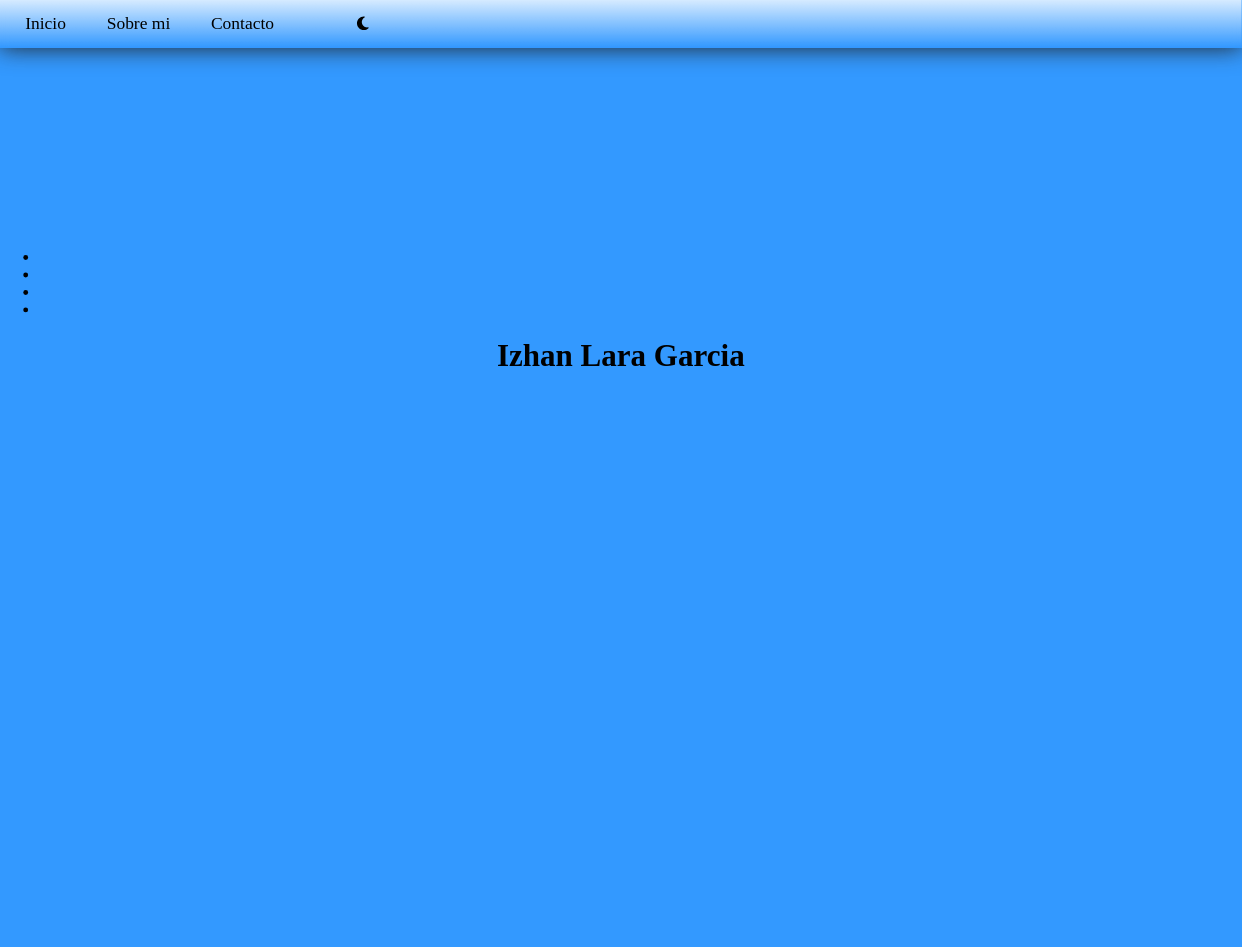
Repository: izhanlaraagarcia/izhanlaraagarcia.github.io
Page: / (app in vite-project/)
These files come from the project's save history. The page is drawn as it stood at one moment and after the next save; the edit follows.
The browser window is 1280 px wide. The pictures show the whole page, at 97% of full size.
The project was rebuilt for these pictures with package versions that can differ from the ones it lists, and the page was loaded fresh each time. Also part of the build but not shown: vite-project/vite.config.js, vite-project/src/pages/About/styles/about.scss, vite-project/src/pages/About/about.jsx, vite-project/src/pages/Contact/contact.jsx.

Above is the page before, as saved 2024-08-19 12:29:53.

### vite-project/index.html
<!doctype html>
<html lang="en">
  <head>
    <meta charset="UTF-8" />
    <meta name="viewport" content="width=device-width, initial-scale=1.0" />
    <title>Izhan Lara Garcia</title>
  </head>
  <body>
    <div id="root"></div>
    <script type="module" src="/src/main.jsx"></script>
  </body>
</html>

### vite-project/src/App.jsx
import React from "react";
import { BrowserRouter as Router, Route, Routes } from "react-router-dom";
import Menu from "./Componentes-Generales/menu.jsx";
import Inicio from "./Home/Inicio.jsx";
import About from "./pages/About/about.jsx";
import Contact from "./pages/Contact/contact.jsx";
import { ThemeProvider } from "./Constants/themaContext.jsx";

import { library } from "@fortawesome/fontawesome-svg-core";
import { fas } from "@fortawesome/free-solid-svg-icons";

library.add(fas);

class App extends React.Component {
  render() {
    return (
      <ThemeProvider>
        <Router>
          <Menu />
          <Routes>
            <Route path="/" element={<Inicio />} />
            <Route path="/sobre-mi" element={<About />} />
            <Route path="/contacto" element={<Contact />} />
          </Routes>
        </Router>
      </ThemeProvider>
    );
  }
}

export default App;

### vite-project/src/index.css
/* :root {
  font-family: Inter, system-ui, Avenir, Helvetica, Arial, sans-serif;
  line-height: 1.5;
  font-weight: 400;

  color-scheme: light dark;
  color: rgba(255, 255, 255, 0.87);
  background-color: #242424;

  font-synthesis: none;
  text-rendering: optimizeLegibility;
  -webkit-font-smoothing: antialiased;
  -moz-osx-font-smoothing: grayscale;
}

a {
  font-weight: 500;
  color: #646cff;
  text-decoration: inherit;
}

a:hover {
  color: #535bf2;
}



h1 {
  font-size: 3.2em;
  line-height: 1.1;
}

button {
  border-radius: 8px;
  border: 1px solid transparent;
  padding: 0.6em 1.2em;
  font-size: 1em;
  font-weight: 500;
  font-family: inherit;
  background-color: #1a1a1a;
  cursor: pointer;
  transition: border-color 0.25s;
}

button:hover {
  border-color: #646cff;
}

button:focus,
button:focus-visible {
  outline: 4px auto -webkit-focus-ring-color;
}

@media (prefers-color-scheme: light) {
  :root {
    color: #213547;
    background-color: #ffffff;
  }

  a:hover {
    color: #747bff;
  }

  button {
    background-color: #f9f9f9;
  }
} */

body {
  right: 0;
  margin: 0%;
  width: 100%;
  margin-top: 20%;
  text-align: center;
  min-width: 320px;
  min-height: 100vh;

}

button {
  border-radius: 8px;
  border: 1px solid transparent;
  padding: 0.6em 1.2em;
  font-size: 1em;
  font-weight: 500;
  font-family: inherit;
  background-color: #1a1a1a;
  cursor: pointer;
  transition: border-color 0.25s;
}

### vite-project/src/Componentes-Generales/menu.jsx
import React from "react";
import { Link } from "react-router-dom";
import "./styles/menu.scss";
import TemaComponent from "./thema";
import { useTheme } from "../Constants/themaContext";

// import { LANGUAGES } from "../Constants/lenguaje";

const Menu = () => {
  const { dark } = useTheme();
  return (
    <header>
      <nav className={`menu ${dark ? 'dark-mode' : 'light-mode'}`}>
        <ul>
          <li>
            <Link to="/">Inicio</Link>
            <i className="fas fa-address-card" aria-hidden="true"></i>
          </li>
          <li>
            <Link to="/sobre-mi">Sobre mi</Link>
          </li>
          <li>
            <Link to="/contacto">Contacto</Link>
          </li>
          <li>
            <TemaComponent />
          </li>
        </ul>
      </nav>
    </header>
  );
};

export default Menu;

### vite-project/src/Home/Inicio.jsx
import React from "react";
import "./Styles/estilos.scss";
import Background from "../Componentes-Generales/background";

import SocialMedia from "../Componentes-Generales/social"

const Inicio = () => {
  return (
    <div className="portfolio">
      <header>
        <h1>Izhan Lara Garcia</h1>
      </header>
      <div className="social-media-container">
        <SocialMedia/>
      </div>
      <Background/>
    </div>
  );
};

export default Inicio;

### vite-project/src/Constants/themaContext.jsx
import React, { createContext, useState, useContext } from "react";

const ThemeContext = createContext();

export const useTheme = () => useContext(ThemeContext);

export const ThemeProvider = ({ children }) => {
  const [dark, setDark] = useState(false);

  const toggleTheme = () => {
    setDark((prevDark) => !prevDark);
  };

  return (
    <ThemeContext.Provider value={{ dark, toggleTheme }}>
      {children}
    </ThemeContext.Provider>
  );
};

### vite-project/src/Componentes-Generales/styles/menu.scss
/* src/Componentes-Generales/styles/menu.css */

nav {
  top: 0;
  right: 0;
  margin: 0;
  padding: 0;
  position: fixed;
  width: 100%;
  background: linear-gradient(to bottom, rgba(255, 255, 255, 0.8), rgba(255, 255, 255, 0)) no-repeat;
  backdrop-filter: blur(5px);
  box-shadow: 0px 0px 25px #222;
  z-index: 10;

}

nav ul {
  list-style-type: none;
  padding: 0;
  margin: 0;
  display: flex;
  align-items: center;
}

nav li {
  margin-left: 10px;
}

nav a {
  display: flex;
  align-items: center;
  text-align: center;
  padding: 14px 16px;
  text-decoration: none;
  font-size: 18px;
  color: inherit;
  position: relative;
  overflow: hidden;
  transition: color 0.3s;
}

nav a:hover {
  color: #00aaff;
}

.fa-icon {
  margin-left: 8px;
}

.light-mode {
  color: black;
}

.dark-mode {
  color: white;
}

body {
  transition: background-color 0.5s, color 0.5s;
}

#tema {
  margin-left: 10px;
}

### vite-project/src/Componentes-Generales/thema.jsx
// TemaComponent.jsx
import React from "react";
import { FontAwesomeIcon } from "@fortawesome/react-fontawesome";
import { faSun, faMoon } from "@fortawesome/free-solid-svg-icons";
import { useTheme } from "../Constants/themaContext"; // Asegúrate de importar correctamente

const TemaComponent = () => {
  const { dark, toggleTheme } = useTheme();

  const handleClick = () => {
    toggleTheme();
    if (dark) {
      document.body.style.backgroundColor = "white";
      document.body.classList.remove("dark-mode");
      document.body.classList.add("light-mode");
    } else {
      document.body.style.backgroundColor = "black";
      document.body.classList.remove("light-mode");
      document.body.classList.add("dark-mode");
    }
  };

  return (
    <button
      id="tema"
      style={{
        cursor: "pointer",
        background: "none",
        border: "none",
        outline: "none",
        marginLeft: "80%",
      }}
      onClick={handleClick}
      aria-label={dark ? "Cambiar al modo claro" : "Cambiar al modo oscuro"}
    >
      <FontAwesomeIcon
        icon={dark ? faSun : faMoon}
        style={{ color: dark ? "white" : "inherit" }}
      />
    </button>
  );
};

export default TemaComponent;

### vite-project/src/Home/Styles/estilos.scss
h1 {
  text-align: center;
}

h1 {
  position: absolute;
  top: 48%;
  left: 50%;
  transform: translate(-50%, -50%);
  text-align: center;
}

### vite-project/src/Componentes-Generales/background.jsx
import React from "react";
import "./styles/background.scss";

class Background extends React.Component {
  render() {
    return (
      <div></div>
    );
  }
}

export default Background;

### vite-project/src/Componentes-Generales/social.jsx
import React from 'react';

import "./styles/timelinecss.scss"

const SocialMedia = () => {
  return (
    <div className="social-media-container">
      <ul>
        <li>
          <a href="https://www.linkedin.com/in/izhan-lara-garcia/" target="_blank" rel="noopener noreferrer">
            <i className="fab fa-linkedin-in" />
          </a>
        </li>
        <li>
          <a href="https://github.com/izhanlg" target="_blank" rel="noopener noreferrer">
            <i className="fab fa-github" />
          </a>
        </li>
        <li>
          <a href="https://twitter.com/izhanlg" target="_blank" rel="noopener noreferrer">
            <i className="fab fa-twitter" />
          </a>
        </li>
        <li>
          <a href="https://www.instagram.com/izhanlg/" target="_blank" rel="noopener noreferrer">
            <i className="fab fa-instagram" />
          </a>
        </li>
        {/* Agrega más redes sociales aquí */}
      </ul>
    </div>
  );
};

export default SocialMedia;

### vite-project/src/Componentes-Generales/styles/background.scss
body{
  background: #3399ff;
}


.circle{
  position: absolute;
  border-radius: 50%;
  background: white;
  animation: ripple 15s infinite;
  box-shadow: 0px 0px 1px 0px #508fb9;
}

.small{
  width: 200px;
  height: 200px;
  left: -100px;
  bottom: -100px;
}

.medium{
  width: 400px;
  height: 400px;
  left: -200px;
  bottom: -200px;
}

.large{
  width: 600px;
  height: 600px;
  left: -300px;
  bottom: -300px;
}

.xlarge{
  width: 800px;
  height: 800px;
  left: -400px;
  bottom: -400px;
}

.xxlarge{
  width: 1000px;
  height: 1000px;
  left: -500px;
  bottom: -500px;
}

.shade1{
  opacity: 0.2;
}
.shade2{
  opacity: 0.5;
}

.shade3{
  opacity: 0.7;
}

.shade4{
  opacity: 0.8;
}

.shade5{
  opacity: 0.9;
}

@keyframes ripple{
  0%{
    transform: scale(0.8);
  }

  50%{
    transform: scale(1.2);
  }

  100%{
    transform: scale(0.8);
  }
}

### vite-project/src/Componentes-Generales/styles/timelinecss.scss
.social-media-container{
    margin-top: 20%;
}

Loaded but not shown: vite-project/src/main.jsx (common file)

After the next save:
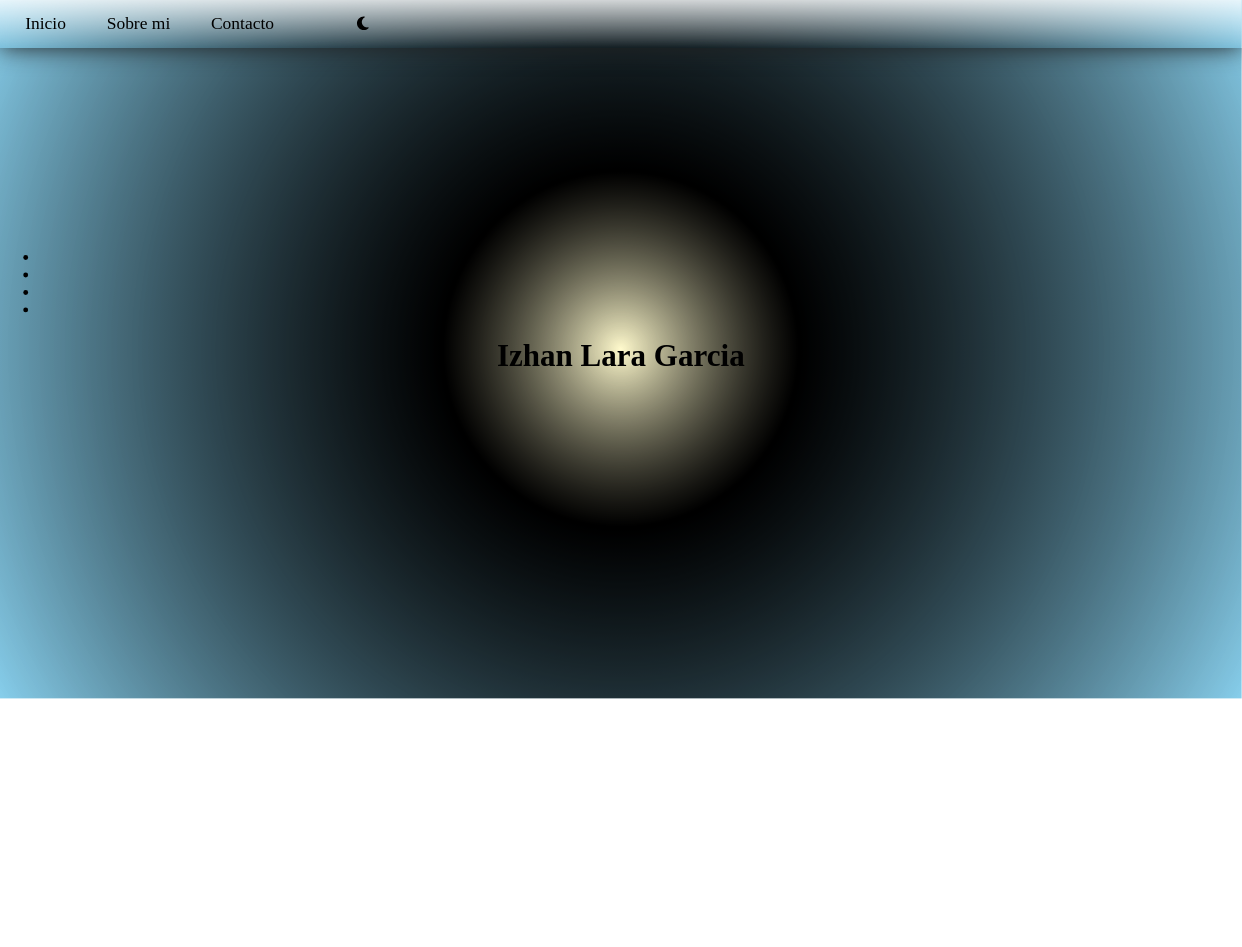
Saved 35 s later.
--- a/vite-project/src/Componentes-Generales/styles/background.scss
+++ b/vite-project/src/Componentes-Generales/styles/background.scss
@@ -1,80 +1,20 @@
-body{
-  background: #3399ff;
+html, body { height: 100%; }
+
+body {
+    background: radial-gradient(circle, lemonchiffon, black 25%, skyblue);
+    background-repeat: no-repeat;
 }
 
-
-.circle{
-  position: absolute;
-  border-radius: 50%;
-  background: white;
-  animation: ripple 15s infinite;
-  box-shadow: 0px 0px 1px 0px #508fb9;
+body:after {
+    content: '';
+    position: absolute;
+    top: 0; right: 0; left: 0; bottom: 0;
+    background: radial-gradient(circle, transparent, black 25%, transparent);
+    animation: color 1.5s infinite ease-out alternate;
+    opacity: 0;
 }
 
-.small{
-  width: 200px;
-  height: 200px;
-  left: -100px;
-  bottom: -100px;
+@keyframes color {
+    0% {  background: radial-gradient(circle, transparent, black 25%, transparent); }
+    100% { opacity: 1; }
 }
-
-.medium{
-  width: 400px;
-  height: 400px;
-  left: -200px;
-  bottom: -200px;
-}
-
-.large{
-  width: 600px;
-  height: 600px;
-  left: -300px;
-  bottom: -300px;
-}
-
-.xlarge{
-  width: 800px;
-  height: 800px;
-  left: -400px;
-  bottom: -400px;
-}
-
-.xxlarge{
-  width: 1000px;
-  height: 1000px;
-  left: -500px;
-  bottom: -500px;
-}
-
-.shade1{
-  opacity: 0.2;
-}
-.shade2{
-  opacity: 0.5;
-}
-
-.shade3{
-  opacity: 0.7;
-}
-
-.shade4{
-  opacity: 0.8;
-}
-
-.shade5{
-  opacity: 0.9;
-}
-
-@keyframes ripple{
-  0%{
-    transform: scale(0.8);
-  }
-
-  50%{
-    transform: scale(1.2);
-  }
-
-  100%{
-    transform: scale(0.8);
-  }
-}
